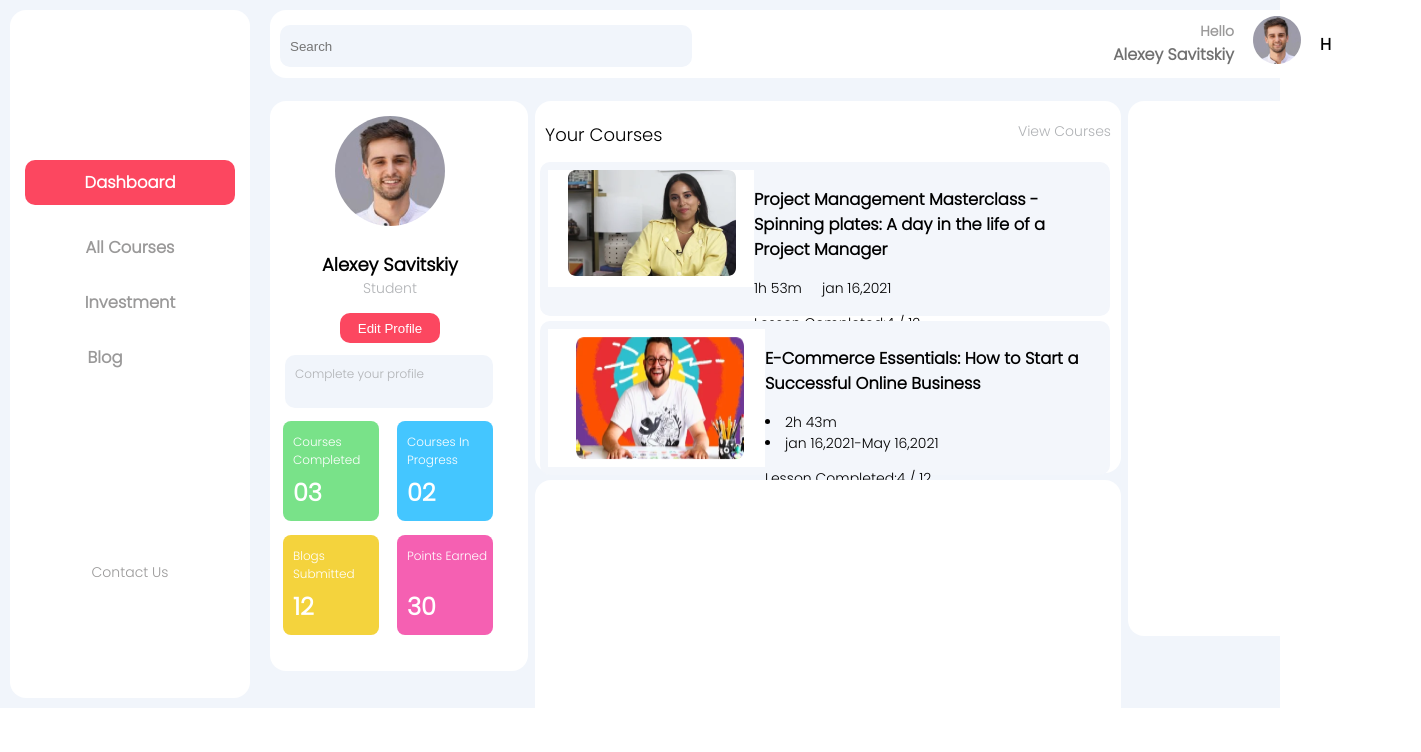
Repository: Anuruddha00/dashboard-design
Page: /
These files come from the project's save history. The page is drawn as it stood at one moment and after the next save; the edit follows.
The browser window is 1280 px wide. The page is 1421 px wide, so the pictures cover 1421 px, including what lies to the right of the window. The pictures show the whole page.
The project was rebuilt for these pictures with package versions that can differ from the ones it lists, and the page was loaded fresh each time.

Above is the page before, as saved 2021-05-07 21:08:54.

### public/index.html
<!DOCTYPE html>
<html lang="en">
  <head>
    <meta charset="utf-8" />
    <link rel="icon" href="%PUBLIC_URL%/favicon.ico" />
    <meta name="viewport" content="width=device-width, initial-scale=1" />
    <meta name="theme-color" content="#000000" />
    <meta
      name="description"
      content="Web site created using create-react-app"
    />
    <link rel="apple-touch-icon" href="%PUBLIC_URL%/logo192.png" />

    <link rel="preconnect" href="https://fonts.gstatic.com">
    <link href="https://fonts.googleapis.com/css2?family=Poppins:wght@300&display=swap" rel="stylesheet">

    <!--
      manifest.json provides metadata used when your web app is installed on a
      user's mobile device or desktop. See https://developers.google.com/web/fundamentals/web-app-manifest/
    -->
    <link rel="manifest" href="%PUBLIC_URL%/manifest.json" />
    <!--
      Notice the use of %PUBLIC_URL% in the tags above.
      It will be replaced with the URL of the `public` folder during the build.
      Only files inside the `public` folder can be referenced from the HTML.

      Unlike "/favicon.ico" or "favicon.ico", "%PUBLIC_URL%/favicon.ico" will
      work correctly both with client-side routing and a non-root public URL.
      Learn how to configure a non-root public URL by running `npm run build`.
    -->
    <title>React App</title>
  </head>
  <body>
    <noscript>You need to enable JavaScript to run this app.</noscript>
    <div id="root"></div>
    <!--
      This HTML file is a template.
      If you open it directly in the browser, you will see an empty page.

      You can add webfonts, meta tags, or analytics to this file.
      The build step will place the bundled scripts into the <body> tag.

      To begin the development, run `npm start` or `yarn start`.
      To create a production bundle, use `npm run build` or `yarn build`.
    -->
  </body>
</html>

### src/index.js
import React from 'react';
import ReactDOM from 'react-dom';
import Dashboard from './containers/Dashboard/Dashboard';
import reportWebVitals from './reportWebVitals';

ReactDOM.render(
  <React.StrictMode>
    <Dashboard />
  </React.StrictMode>,
  document.getElementById('root')
);

// If you want to start measuring performance in your app, pass a function
// to log results (for example: reportWebVitals(console.log))
// or send to an analytics endpoint. Learn more: https://bit.ly/CRA-vitals
reportWebVitals();

### src/containers/Dashboard/Dashboard.js
import React from 'react';
import './Dashboard.scss';

const dashboard = () =>{

    return(
        <div className='container'>
            <div className='dashboard'>
                <div className='dashboardSideBar'>
                   <div className='dashboardSideBarTitle'>
                        <h3 className='dashboardSideBarTitleDashboard'>Dashboard</h3>
                        <h3 className='dashboardSideBarTitleCourses'>All Courses</h3>
                        <h3 className='dashboardSideBarTitleInvestment'>Investment</h3>
                        <h3 className='dashboardSideBarTitleBlog'>Blog</h3>
                   </div>
                   <div className='dashboardSideBarContact'>
                        <p>Contact Us</p>
                   </div>
                </div>
                <div className='dashboardMenu'>
                    <section className='content'>
                        <nav className='contentNavbar'>
                            <div className='contentNavbarSearch'>
                                <form>
                                    <input type='text' placeholder='Search'/>
                                </form>
                            </div>
                            <div className='contentNavbarProfile'>
                                <div className='contentNavbarProfileName'>
                                    <h3>Hello</h3>
                                    <h2>Alexey Savitskiy</h2>
                                </div>
                                <img src='./assets/Image 9.png'/>
                                <h1>H</h1>
                            </div>
                        </nav>

                        <div className='contentBody'>
                            <section className='details'>
                                <div className='detailsAbout'>
                                    <div className='detailsAboutProfile'>
                                        <img src='./assets/Image 12.png'/>
                                        <h3>Alexey Savitskiy</h3>
                                        <p>Student</p>
                                        <button>Edit Profile</button>
                                    </div>
                                    <div className='detailsAboutComplete'>
                                        <p>Complete your profile</p>
                                    </div>
                                    <div className='detailsAboutProgress'>
                                        <div className='detailsAboutProgressCompleted'>
                                            <p>Courses Completed</p>
                                            <h1>03</h1>
                                        </div>
                                        <div className='detailsAboutProgressContinue'>
                                            <p>Courses In Progress</p>
                                            <h1>02</h1>
                                        </div>
                                        <div className='detailsAboutProgressBlogs'>
                                            <p>Blogs Submitted</p>
                                            <h1>12</h1>
                                        </div>
                                        <div className='detailsAboutProgressPoints'>
                                            <p>Points Earned</p>
                                            <h1>30</h1>
                                        </div>
                                    </div>
                                </div>
                            </section>

                            <section className='view'>
                                <section className='courses'>
                                    <nav className='coursesNavbar'>
                                      <li className='coursesNavbarTitle'>Your Courses</li>
                                      <li className='coursesNavbarView'>View Courses</li>
                                    </nav>
                                    <div className='coursesList'>
                                        <div className='coursesListManagement'>
                                            <img src='./assets/Image 15.png'/>
                                            <div className='coursesListManagementDescription'>
                                                <h3>Project Management Masterclass - Spinning plates: A day in the life of a Project Manager</h3>
                                                <div className='coursesListManagementDuration'>
                                                    <li>1h 53m</li>
                                                    <li>jan 16,2021</li>
                                                </div>
                                                <p>Lesson Completed:4 / 12</p>
                                            </div>
                                        </div>
                                        <div className='coursesListBusiness'>
                                            <img src='./assets/Image 16.png'/>
                                            <div className='coursesListBusinessDescription'>
                                                <h3>E-Commerce Essentials: How to Start a Successful Online Business</h3>
                                                <div>
                                                    <li>2h 43m</li>
                                                    <li>jan 16,2021-May 16,2021</li>
                                                </div>
                                                <p>Lesson Completed:4 / 12</p>
                                            </div>
                                        </div>
                                    </div>
                                </section>
                                <section className='blog'>

                                </section>
                            </section>

                            <section className='notification'>
                                <div className='notificationBar'>

                                </div>
                            </section>
                        </div>
                   </section>
                </div>
            </div>
        </div>
    )

}
export default dashboard;

### src/containers/Dashboard/Dashboard.scss

body{
    margin: 0;
    padding: 0;
    font-size: 0.875rem;
    font-family: 'Poppins', sans-serif;

}

.container{
    background: #f1f5fb;
    height: 100%;
    width: 100%;

    .dashboard{
        display: grid;
        grid-template-columns: 1fr 1fr;

        &SideBar{
            grid-column: 1;
            grid-row: 1 / 6;
            border-radius: 16px;
            background: #ffffff;
            margin: 10px;
            height: 688px;
            width: 240px;

            &Title{
                margin-top: 150px;
                font-size: 14px;

                &Dashboard{
                    background:#fc4760;
                    border-radius: 10px;
                    text-align: center;
                    padding: 10px 10px 10px 10px;
                    margin: 10px 15px 10px 15px;
                    color: #ffffff;

                }
                &Courses{
                    text-align: center;
                    margin-top: 30px;
                    color: #9a9999;
                }
                &Investment{
                    text-align: center;
                    margin-top: 30px;
                    color: #9a9999;
                }
                &Blog{
                    text-align: center;
                    margin-top: 30px;
                    margin-right: 50px;
                    color: #9a9999;
                }
            }
            &Contact{
                margin-top: 80%;

                p{
                    text-align: center;
                    color: #9a9999;
                    font-size: 14px;
                }

            }
        }
        &Menu{
            grid-column: 2;
            grid-row: 1 / 6;
            margin: 10px;

            .content{
                display: grid;
                grid-template-rows:1fr 7fr ;
                gap:10px;

                &Navbar{
                    display: flex;
                    justify-content: space-between;
                    background: #ffffff;
                    border-radius: 16px;
                    height: 68px;
                    width: 1151px;

                    &Search{

                        input{
                            background: #f1f5fb;
                            border-style: none;
                            padding-left: 10px;
                            width: 400px;
                            height: 40px;
                            margin: 15px 0 0 10px;
                            border-radius: 10px;

                        }
                    }
                    &Profile{
                        display: flex;
                        flex-direction: row;
                        gap: 1em;
                        margin-right: 90px;
                        align-items: center;
                        height: 68px;

                        &Name{
                            text-align: end;
                            margin-top: 0;

                            h3{
                                color: #9a9999;
                                margin: 0;
                                font-size: 14px;
                            }
                            h2{
                                margin: 0;
                                font-size: 16px;
                                color: #707070;
                            }
                        }
                    }
                }
                &Body{
                    display: grid;
                    grid-template-columns: 1fr 1fr 1fr;
                    position: relative;

                    .details{
                        border-radius: 16px;
                        background: #ffffff;


                        &About{
                            height:555px;
                            width: 240px;

                            &Profile{
                                text-align: center;
                                margin-top: 15px;


                                h3{
                                    font-size: 18px;
                                    margin: 0;
                                }
                                p{
                                    color: #b0b2b5;
                                    margin-top: 0;
                                }
                                button{
                                    border-style: none;
                                    border-radius: 10px;
                                    width: 100px;
                                    height: 30px;
                                    color: #ffffff;
                                    background: #fc4760;

                                }
                            }
                            &Complete{
                                background: #f1f5fb;
                                border-radius: 10px;
                                color: #b0b2b5;
                                height: 53px;
                                width: 208px;
                                font-size: 12px;
                                margin-left: 15px;

                                p{
                                    padding-left: 10px;
                                    padding-top: 10px;
                                }
                            }
                            &Progress{
                                display: grid;
                                grid-template-columns: 1fr 1fr;
                                margin: 13px;
                                gap: 1em;
                                color: #ffffff;

                                p{
                                    font-size: 12px;
                                    padding-left: 10px;
                                }


                                &Completed{
                                    background: #79e289;
                                    border-radius: 8px;
                                    width: 96px;
                                    height: 100px;
                                    position: relative;

                                    h1{
                                        font-size: 24px;
                                        position: absolute;
                                        left: 10px;
                                        top: 30px;
                                    }

                                }
                                &Continue{
                                    background:  #44c6ff;
                                    border-radius: 8px;
                                    width: 96px;
                                    height: 100px;
                                    position: relative;

                                    h1{
                                        font-size: 24px;
                                        position: absolute;
                                        left: 10px;
                                        top: 30px;
                                    }

                                }
                                &Blogs{
                                    background:  #f4d33d;
                                    border-radius: 8px;
                                    width: 96px;
                                    height: 100px;
                                    position: relative;

                                    h1{
                                        font-size: 24px;
                                        position: absolute;
                                        left: 10px;
                                        top: 30px;
                                    }
                                }
                                &Points{
                                    background: #f560b2;
                                    border-radius: 8px;
                                    width: 96px;
                                    height: 100px;
                                    position: relative;

                                    h1{
                                        font-size: 24px;
                                        position: absolute;
                                        left: 10px;
                                        top: 30px;
                                    }
                                }
                            }
                        }
                    }
                    .view{
                        margin-left: 7px;

                        .courses{
                            width: 586px;
                            height: 372px;
                            border-radius: 16px;
                            background: #ffffff;
                            position: relative;

                            &Navbar{
                                list-style: none;
                                display: flex;
                                justify-content: space-between;

                                &Title{
                                    font-size: 18px;
                                    font-weight: 500px;
                                    padding: 20px 0 0 10px;
                                }
                                &View{
                                    color: #b0b2b5;
                                    font-size: 14px;
                                    padding: 20px 10px;
                                }
                            }
                            &List{
                                padding: 0 5px 5px 5px;
                                display: flex;
                                flex-direction: column;

                                &Management{
                                    background: #f3f6fb;
                                    padding: 8px;
                                    border-radius: 10px;
                                    width: 554px;
                                    height: 138px;
                                    display: flex;
                                    flex-direction: row;
                                    position: relative;

                                    img{
                                        height: fit-content;
                                        width: fit-content;
                                    }

                                    &Description{
                                        font-size: 14px;


                                    }
                                    &Duration{
                                        display: flex;
                                        list-style: none;

                                        li{
                                            margin-right: 20px;
                                        }
                                    }
                                }
                                &Business{
                                    background: #f3f6fb;
                                    padding: 8px;
                                    margin-top: 5px;
                                    border-radius: 10px;
                                    width: 554px;
                                    height: 138px;
                                    display: flex;
                                    flex-direction: row;
                                    position: relative;

                                }
                            }

                        }

                        .blog{
                            width: 586px;
                            height: 272px;
                            border-radius: 16px;
                            background: #ffffff;
                            margin-top: 7px;
                            position: absolute;

                        }
                    }
                    .notification{
                        margin-left: 7px;

                        &Bar{
                            background: #ffffff;
                            width: 293px;
                            height: 535px;
                            border-radius: 16px;
                        }
                    }
                }
            }
        }
    }
}

Loaded but not shown: src/reportWebVitals.js (common file)

After the next save:
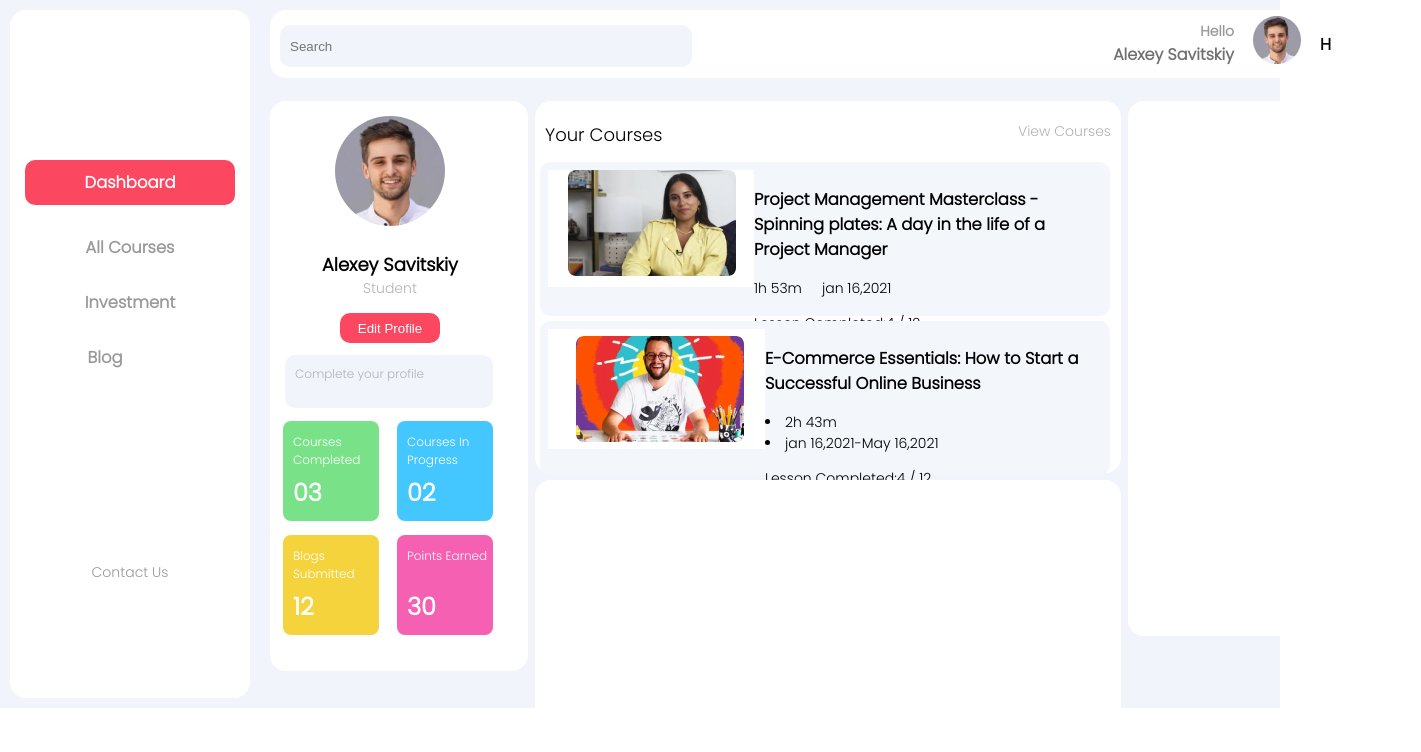
Saved 22 s later.
--- a/src/containers/Dashboard/Dashboard.scss
+++ b/src/containers/Dashboard/Dashboard.scss
@@ -318,6 +318,12 @@ body{
                                     flex-direction: row;
                                     position: relative;
 
+                                    img{
+                                        height: fit-content;
+                                        width: fit-content;
+                                    }
+
+
                                 }
                             }
 
